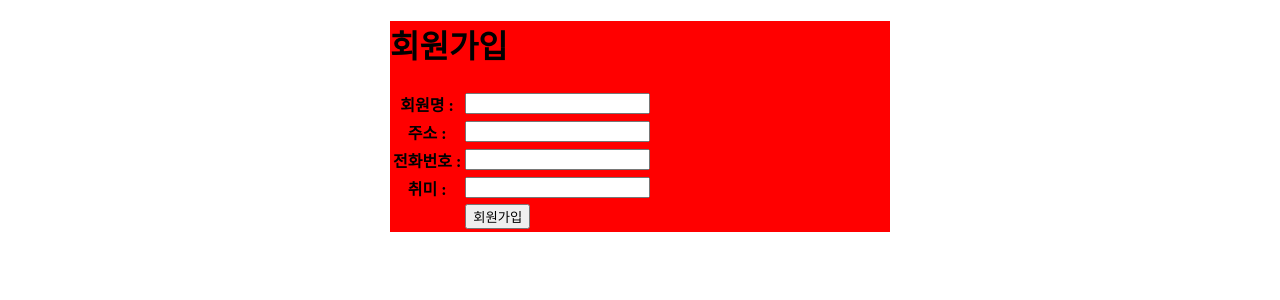
Repository: nameisris/jsp_workspace
Page: JspProject/src/main/webapp/memReg.html
The author's editor kept a copy of each file at every save. The page is drawn from the files as they stood at one save, then again after the next save.
The browser window is 1280 px wide. The pictures show the whole page.

Above is the page before, as saved 2023-09-19 05:24:10.

After the next save:
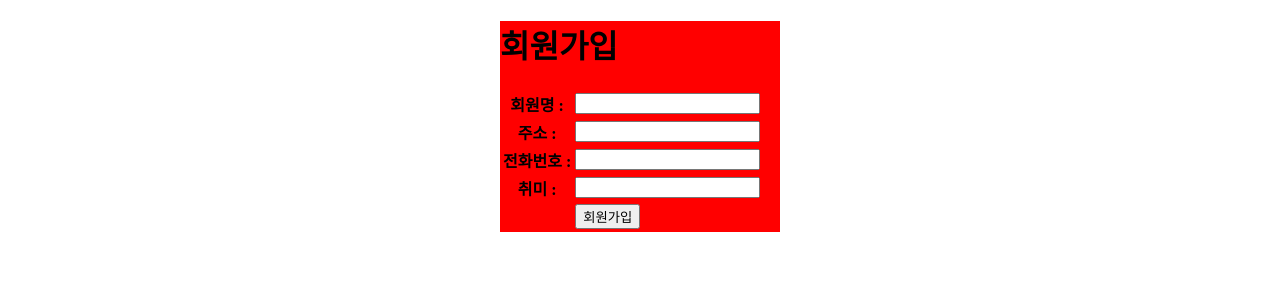
Saved 21 s later.
--- a/JspProject/src/main/webapp/memReg.html
+++ b/JspProject/src/main/webapp/memReg.html
@@ -6,7 +6,7 @@
 <style type="text/css">
 	body { margin:auto; }
 	div {
-		width: 500px;
+		width: 280px;
 		background-color: red;
 		margin: auto;
 		padding: auto;
